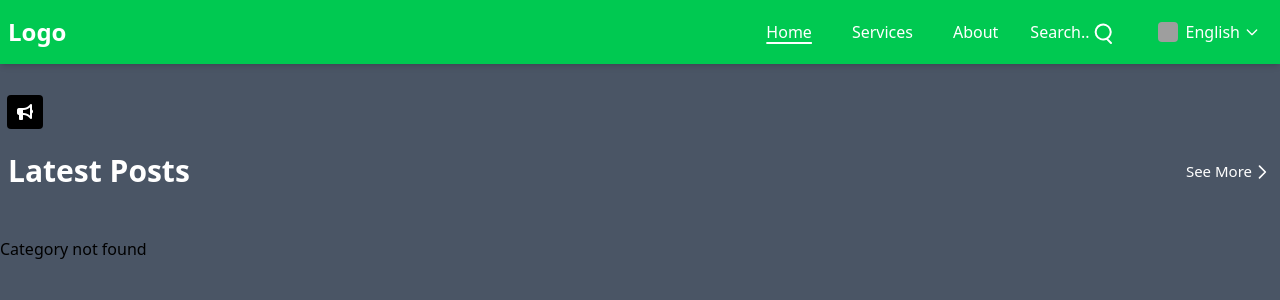
Repository: saroeuntola/we-share
Page: http://localhost/?lang=en
These files come from the project's save history. The page is drawn as it stood at one moment and after the next save; the edit follows.
The browser window is 1280 px wide. The pictures show the whole page.
Pictures or frames that could not be fetched are drawn as grey boxes. The page is run by PHP 8.4 with error messages shown; the project is at /var/www/html/. Style sheets and scripts are compiled from the project's sources, by tool versions that may differ from the author's. Queries for data that is not in the repository find no rows.

Above is the page before, as saved 2025-08-28 12:37:38.

### index.php
<!DOCTYPE html>
<html lang="en">

<head>
    <meta charset="UTF-8">
    <meta name="viewport" content="width=device-width, initial-scale=1.0">
    <title>Latest Posts</title>
    <link rel="stylesheet" href="./assets/css/output.css">
    <link rel="stylesheet" href="./assets/css/custom.css">
    <link rel="stylesheet" href="https://cdnjs.cloudflare.com/ajax/libs/font-awesome/6.0.0-beta3/css/all.min.css" />
    <script src="https://code.jquery.com/jquery-3.6.0.min.js"></script>
</head>

<body class="bg-gray-600">
    <header class="fixed z-10 w-full" id="header">
        <?php
        include 'head-bar.php'
        ?>
    </header>

    <main class="max-w-7xl m-auto mt-[95px]">
        <section class="mb-6">
            <?php
            include 'key-frame.php'
            ?>
        </section>

        <section>
            <?php
            include 'last-post-card.php'
            ?>

        </section>

        <section class="mt-6">
            <?php
            include 'programing-card.php'
            ?>
        </section>

        <section class="mt-6">
            <?php
            include 'web-dev-card.php'
            ?>
        </section>
    </main>


</body>

</html>

### key-frame.php
<style>
    /* Container */
    .container {
        width: 100%;
        overflow: hidden;
        margin: 0 auto;
        align-items: center;
        color: white;
    }

    /* Fixed icon on the left */
    .announcement-icon {
        background-color: brown;
        color: white;
        padding: 5px 10px;
        border-radius: 4px;
    }

    /* Announcement text */
    .announcement {
        font-family: Arial, sans-serif;
        font-size: 15px;
        display: inline-block;
        white-space: nowrap;
        animation: slideLeftToRight 20s linear infinite;
    }

    #main {
        display: flex;
        overflow: hidden;
        margin: 0 auto;
        align-items: center;
        max-width: 1212px;
        width: 100%;
        color: white;
    }

    /* Desktop animation */
    @keyframes slideLeftToRight {
        0% {
            transform: translateX(1210px);
        }

        100% {
            transform: translateX(-100%);
        }
    }

    /* Tablet */
    @media (max-width: 1024px) {
        #main {
            width: 95%;
        }

        .announcement {
            animation: slideLeftToRightTablet 18s linear infinite;
        }

        @keyframes slideLeftToRightTablet {
            0% {
                transform: translateX(768px);
            }

            100% {
                transform: translateX(-100%);
            }
        }
    }

    /* Mobile */
    @media (max-width: 480px) {
        #main {
            width: 92%;
        }

        .announcement {
            animation: slideLeftToRightMobile 15s linear infinite;
        }

        @keyframes slideLeftToRightMobile {
            0% {
                transform: translateX(400px);
            }

            100% {
                transform: translateX(-100%);
            }
        }
    }
</style>
<style>
    /* Container */
    .container {
        width: 100%;
        overflow: hidden;
        margin: 0 auto;
        align-items: center;
        color: white;
    }

    /* Fixed icon on the left */
    .announcement-icon {
        background-color: black;
        color: white;
        padding: 5px 10px;
        border-radius: 4px;
    }

    /* Announcement text */
    .announcement {
        font-family: Arial, sans-serif;
        font-size: 15px;
        display: inline-block;
        white-space: nowrap;
        animation: slideLeftToRight 20s linear infinite;

    }

    #main {
        display: flex;
        overflow: hidden;
        margin: 0 auto;
        align-items: center;
        max-width: 1280px;
        width: 100%;
      padding: 0px 7px;

    }

    /* Desktop animation */
    @keyframes slideLeftToRight {
        0% {
            transform: translateX(1280px);
        }

        100% {
            transform: translateX(-100%);
        }
    }

    /* Tablet */
    @media (max-width: 1024px) {

        .announcement {
            animation: slideLeftToRightTablet 18s linear infinite;
        }

        @keyframes slideLeftToRightTablet {
            0% {
                transform: translateX(768px);
            }

            100% {
                transform: translateX(-100%);
            }
        }
    }

    /* Mobile */
    @media (max-width: 480px) {

        .announcement {
            animation: slideLeftToRightMobile 15s linear infinite;
        }

        @keyframes slideLeftToRightMobile {
            0% {
                transform: translateX(400px);
            }

            100% {
                transform: translateX(-100%);
            }
        }
    }
</style>



<div id="main">
    <div class="announcement-icon"><i class="fas fa-bullhorn"></i></div>
    <div class="container">
        <!-- Sliding text -->
     <p class="announcement">Welcome</p>
    </div>
</div>

### last-post-card.php
<?php
include './admin/lib/db.php';
include './admin/lib/post_lib.php';
include './admin/lib/category_lib.php';
include './admin/lib/subcategory_lib.php';
$lang = isset($_GET['lang']) && in_array($_GET['lang'], ['en', 'kh']) ? $_GET['lang'] : 'en';

$postModel = new Post($lang);
$categoryModel = new Category($lang);
$subcategoryModel = new Subcategory($lang);

// Get latest 10 posts
$latestPosts = $postModel->getPosts();
usort($latestPosts, function ($a, $b) {
    return strtotime($b['created_at']) - strtotime($a['created_at']);
});
$displayPosts = array_slice($latestPosts, 0, 8);


?>

<style>
    .scroll-x {
        overflow-x: auto;
        white-space: nowrap;
        padding-bottom: 1rem;
    }

    p,
    h2 {
        color: white;
    }
</style>
<section class="px-2">

    <div class="flex justify-between items-center mb-6">
        <h1 class="text-xl lg:text-3xl md:text-2xl font-bold text-white <?= $lang === 'kh' ? 'khmer-font-nav' : '' ?>">Latest Posts</h1>
        <a href="last-post"
            class="inline-flex items-center justify-center text-center text-white hover:text-green-400 text-[15px] transition <?= $lang === 'kh' ? 'khmer-font' : '' ?> ">
            <?= $lang === 'en' ? 'See More' : 'មើលទាំងអស់' ?>
            <svg class="w-5 h-5 mt-[1px]" fill="none" stroke="currentColor" stroke-width="2"
                viewBox="0 0 24 24" xmlns="http://www.w3.org/2000/svg">
                <path stroke-linecap="round" stroke-linejoin="round" d="M9 5l7 7-7 7" />
            </svg>
        </a>
    </div>

    <!-- Desktop grid -->
    <div class="hidden md:grid md:grid-cols-3 lg:grid-cols-4 gap-2">
        <?php foreach ($displayPosts as $p): ?>
            <a href="detail.php?slug=<?= htmlspecialchars($p['slug']) ?>&lang=<?= $lang ?>">
                <div class="card bg-gray-800 rounded-lg shadow-md hover:shadow-lg overflow-hidden">
                    <?php if (!empty($p['image'])): ?>
                        <img src="./admin/posts/uploads/<?= htmlspecialchars($p['image']) ?>"
                            alt="<?= htmlspecialchars($p['name']) ?>"
                            class="w-full h-[90px] md:h-[130px] lg:h-[160px] object-cover rounded-none">
                    <?php endif; ?>
                    <div class="card-body px-4 py-2">
                        <h2 class="font-semibold text-lg mb-1"><?= htmlspecialchars($p['name']) ?></h2>

                    </div>
                </div>
            </a>

        <?php endforeach; ?>
    </div>

    <!-- Mobile horizontal scroll -->
    <div class="overflow-x-auto md:hidden py-2">
        <div class="flex space-x-2">
            <?php foreach ($displayPosts as $p): ?>
                <a href="detail.php?slug=<?= htmlspecialchars($p['slug']) ?>" class="flex-shrink-0">
                    <div
                        class="card bg-gray-800 rounded-lg shadow-md hover:shadow-lg overflow-hidden w-[167px] sm:w-[200px]">
                        <?php if (!empty($p['image'])): ?>
                            <img src="./admin/posts/uploads/<?= htmlspecialchars($p['image']) ?>"
                                alt="<?= htmlspecialchars($p['name']) ?>"
                                class="w-full h-[90px] sm:h-[120px] object-cover">
                        <?php endif; ?>
                        <div class="card-body px-2 py-1">
                            <h2 class="font-semibold text-sm break-words"><?= htmlspecialchars($p['name']) ?></h2>
                        </div>
                    </div>
                </a>
            <?php endforeach; ?>
        </div>
    </div>
</section>

### admin/lib/db.php

<?php

function dbConn()
{
   $servername = "localhost";
    $username = "root";
    $password = "";
    $db = "weshare";

    try {
        $conn = new PDO("mysql:host=$servername;dbname=$db", $username, $password);
        $conn->setAttribute(PDO::ATTR_ERRMODE, PDO::ERRMODE_EXCEPTION);
        return $conn;
    } catch (PDOException $e) {
        die("Connection failed: " . $e->getMessage());
    }
}

function dbClose(&$conn)
{
    $conn = null;
}

function dbSelect($table, $column = "*", $criteria = "", $clause = "")
{
    if (empty($table)) return false;

    $sql = "SELECT $column FROM $table";
    if (!empty($criteria)) $sql .= " WHERE $criteria";
    if (!empty($clause)) $sql .= " $clause";

    $conn = dbConn();
    try {
        $stmt = $conn->query($sql);
        $result = $stmt->fetchAll(PDO::FETCH_ASSOC);
        dbClose($conn);
        return $result;
    } catch (PDOException $e) {
        echo "Error in selecting data: " . $e->getMessage();
        return false;
    }
}

function dbInsert($table, $data = array())
{
    if (empty($table) || empty($data)) return false;

    $conn = dbConn();
    $fields = implode(", ", array_keys($data));
    $placeholders = ":" . implode(", :", array_keys($data));
    $sql = "INSERT INTO $table ($fields) VALUES ($placeholders)";

    try {
        $stmt = $conn->prepare($sql);
        $stmt->execute($data);
        dbClose($conn);
        return true;
    } catch (PDOException $e) {
        echo "Error inserting data: " . $e->getMessage();
        return false;
    }
}

function dbUpdate($table, $data = array(), $criteria = "")
{
    if (empty($table) || empty($data) || empty($criteria)) return false;

    $conn = dbConn();
    $setClause = "";
    foreach ($data as $key => $val) {
        $setClause .= "$key = :$key, ";
    }
    $setClause = rtrim($setClause, ", ");
    $sql = "UPDATE $table SET $setClause WHERE $criteria";

    try {
        $stmt = $conn->prepare($sql);
        $stmt->execute($data);
        dbClose($conn);
        return true;
    } catch (PDOException $e) {
        echo "Error updating data: " . $e->getMessage();
        return false;
    }
}

function dbDelete($table, $criteria)
{
    if (empty($table) || empty($criteria)) return false;

    $sql = "DELETE FROM $table WHERE $criteria";
    $conn = dbConn();

    try {
        $stmt = $conn->prepare($sql);
        $stmt->execute();
        dbClose($conn);
        return true;
    } catch (PDOException $e) {
        echo "Error deleting data: " . $e->getMessage();
        return false;
    }
}

function dbCount($table = "", $criteria = "")
{
    if (empty($table)) return false;

    $sql = "SELECT COUNT(*) as count FROM $table";
    if (!empty($criteria)) $sql .= " WHERE $criteria";

    $conn = dbConn();
    try {
        $stmt = $conn->query($sql);
        $result = $stmt->fetch(PDO::FETCH_ASSOC);
        dbClose($conn);
        return $result['count'];
    } catch (PDOException $e) {
        echo "Error counting data: " . $e->getMessage();
        return false;
    }
}

?>

### admin/lib/category_lib.php
<?php
class Category
{
    private $db;
    private $lang;

    public function __construct($lang = 'en')
    {
        $this->db = dbConn();
        $this->lang = in_array($lang, ['en', 'kh']) ? $lang : 'en';
    }

    private function generateSlug($string)
    {
        $slug = strtolower(trim($string));
        $slug = preg_replace('/[^a-z0-9\- ]/', '', $slug);
        $slug = preg_replace('/\s+/', '-', $slug);
        $slug = preg_replace('/-+/', '-', $slug);

        $baseSlug = $slug;
        $i = 1;
        while ($this->slugExists($slug)) {
            $slug = $baseSlug . '-' . $i;
            $i++;
        }
        return $slug;
    }

    private function slugExists($slug)
    {
        $stmt = $this->db->prepare("SELECT COUNT(*) FROM categories WHERE slug = :slug");
        $stmt->execute(['slug' => $slug]);
        return $stmt->fetchColumn() > 0;
    }

    public function createCategory($name_en, $name_kh = null)
    {
        $slug = $this->generateSlug($name_en);
        $stmt = $this->db->prepare("INSERT INTO categories (name, name_kh, slug) VALUES (:name, :name_kh, :slug)");
        return $stmt->execute([
            'name' => $name_en,
            'name_kh' => $name_kh,
            'slug' => $slug
        ]);
    }

    // GET all categories
    public function getCategories()
    {
        $sql = "SELECT *,
                CASE WHEN :lang = 'kh' THEN name_kh ELSE name END AS name
                FROM categories
                ORDER BY name ASC";
        $stmt = $this->db->prepare($sql);
        $stmt->bindValue(':lang', $this->lang, PDO::PARAM_STR);
        $stmt->execute();
        return $stmt->fetchAll(PDO::FETCH_ASSOC);
    }

    // GET category by ID or slug
    public function getCategory($identifier)
    {
        if (is_numeric($identifier)) {
            $sql = "SELECT *,
                    CASE WHEN :lang = 'kh' THEN name_kh ELSE name END AS name
                    FROM categories
                    WHERE id = :id
                    LIMIT 1";
            $stmt = $this->db->prepare($sql);
            $stmt->bindValue(':id', $identifier, PDO::PARAM_INT);
        } else {
            $sql = "SELECT *,
                    CASE WHEN :lang = 'kh' THEN name_kh ELSE name END AS name
                    FROM categories
                    WHERE slug = :slug
                    LIMIT 1";
            $stmt = $this->db->prepare($sql);
            $stmt->bindValue(':slug', $identifier, PDO::PARAM_STR);
        }
        $stmt->bindValue(':lang', $this->lang, PDO::PARAM_STR);
        $stmt->execute();
        return $stmt->fetch(PDO::FETCH_ASSOC);
    }

    public function updateCategory($id, $newName_en, $newName_kh = null, $newImage = null)
    {
        $slug = $this->generateSlug($newName_en);
        $stmt = $this->db->prepare("
            UPDATE categories SET
                name = :name_en,
                name_kh = :name_kh,
                slug = :slug,
                cat_image = :cat_image
            WHERE id = :id
        ");
        return $stmt->execute([
            'name_en' => $newName_en,
            'name_kh' => $newName_kh,
            'slug' => $slug,
            'cat_image' => $newImage,
            'id' => $id
        ]);
    }

    public function deleteCategory($id)
    {
        $stmt = $this->db->prepare("DELETE FROM categories WHERE id = :id");
        return $stmt->execute(['id' => $id]);
    }

    public function deleteCatBySlug($slug)
    {
        $stmt = $this->db->prepare("DELETE FROM categories WHERE slug = :slug");
        return $stmt->execute(['slug' => $slug]);
    }
}

### admin/lib/subcategory_lib.php
<?php
class Subcategory
{
    private $db;
    private $lang;

    public function __construct($lang = 'en')
    {
        $this->db = dbConn();
        $this->lang = in_array($lang, ['en', 'kh']) ? $lang : 'en';
    }

    // GET all subcategories
    public function getAllSubcategory($lang = 'en')
    {
        $lang = in_array($lang, ['en', 'kh']) ? $lang : 'en';

        $sql = "SELECT s.*,
                   CASE WHEN :lang = 'kh' THEN s.name_kh ELSE s.name END AS name,
                   c.name AS category_name
            FROM subcategories s
            INNER JOIN categories c ON s.category_id = c.id";

        $stmt = $this->db->prepare($sql);
        $stmt->bindValue(':lang', $lang, PDO::PARAM_STR);
        $stmt->execute();

        return $stmt->fetchAll(PDO::FETCH_ASSOC);
    }


    private function generateSlug($string)
    {
        $slug = strtolower(trim($string));
        $slug = preg_replace('/[^a-z0-9\- ]/', '', $slug);
        $slug = preg_replace('/\s+/', '-', $slug);
        $slug = preg_replace('/-+/', '-', $slug);

        $baseSlug = $slug;
        $i = 1;
        while ($this->slugExists($slug)) {
            $slug = $baseSlug . '-' . $i;
            $i++;
        }
        return $slug;
    }

    private function slugExists($slug)
    {
        $stmt = $this->db->prepare("SELECT COUNT(*) FROM subcategories WHERE slug = :slug");
        $stmt->execute(['slug' => $slug]);
        return $stmt->fetchColumn() > 0;
    }

    // CREATE subcategory
    public function createSubcategory($category_id, $name_en, $name_kh = null, $added_by = null)
    {
        $slug = $this->generateSlug($name_en);
        $stmt = $this->db->prepare("
            INSERT INTO subcategories (category_id, name, name_kh, slug, added_by)
            VALUES (:category_id, :name_en, :name_kh, :slug, :added_by)
        ");
        return $stmt->execute([
            'category_id' => $category_id,
            'name_en' => $name_en,
            'name_kh' => $name_kh,
            'slug' => $slug,
            'added_by' => $added_by
        ]);
    }

    // GET subcategories by category ID
    public function getSubcategoriesByCategory($category_id)
    {
        $sql = "SELECT *,
                CASE WHEN :lang = 'kh' THEN name_kh ELSE name END AS name
                FROM subcategories
                WHERE category_id = :category_id
                ORDER BY name ASC";
        $stmt = $this->db->prepare($sql);
        $stmt->bindValue(':category_id', $category_id, PDO::PARAM_INT);
        $stmt->bindValue(':lang', $this->lang, PDO::PARAM_STR);
        $stmt->execute();
        return $stmt->fetchAll(PDO::FETCH_ASSOC);
    }

    // GET subcategories by category slug
    public function getSubcategoriesByCategorySlug($category_slug)
    {
        $sql = "SELECT s.*,
                CASE WHEN :lang = 'kh' THEN s.name_kh ELSE s.name END AS name
                FROM subcategories s
                INNER JOIN categories c ON s.category_id = c.id
                WHERE c.slug = :slug
                ORDER BY s.name ASC";
        $stmt = $this->db->prepare($sql);
        $stmt->bindValue(':slug', $category_slug, PDO::PARAM_STR);
        $stmt->bindValue(':lang', $this->lang, PDO::PARAM_STR);
        $stmt->execute();
        return $stmt->fetchAll(PDO::FETCH_ASSOC);
    }

    // GET single subcategory by ID or slug
    public function getSubcategory($identifier)
    {
        if (is_numeric($identifier)) {
            $sql = "SELECT *,
                    CASE WHEN :lang = 'kh' THEN name_kh ELSE name END AS name
                    FROM subcategories
                    WHERE id = :id
                    LIMIT 1";
            $stmt = $this->db->prepare($sql);
            $stmt->bindValue(':id', $identifier, PDO::PARAM_INT);
        } else {
            $sql = "SELECT *,
                    CASE WHEN :lang = 'kh' THEN name_kh ELSE name END AS name
                    FROM subcategories
                    WHERE slug = :slug
                    LIMIT 1";
            $stmt = $this->db->prepare($sql);
            $stmt->bindValue(':slug', $identifier, PDO::PARAM_STR);
        }

        $stmt->bindValue(':lang', $this->lang, PDO::PARAM_STR);
        $stmt->execute();
        return $stmt->fetch(PDO::FETCH_ASSOC);
    }

    // UPDATE subcategory
    public function updateSubcategory($identifier, $newName_en = null, $newName_kh = null, $newCategoryId = null, $newAdded_by = null)
    {
        $sub = $this->getSubcategory($identifier);
        if (!$sub) return false;

        $slug = $newName_en ? $this->generateSlug($newName_en) : $sub['slug'];

        $sql = "UPDATE subcategories SET name = :name_en, name_kh = :name_kh, slug = :slug";
        $params = [
            'name_en' => $newName_en ?? $sub['name'],
            'name_kh' => $newName_kh ?? $sub['name_kh'],
            'slug' => $slug,
            'id' => $sub['id']
        ];

        if ($newCategoryId !== null) {
            $sql .= ", category_id = :category_id";
            $params['category_id'] = $newCategoryId;
        }

        if ($newAdded_by !== null) {
            $sql .= ", added_by = :added_by";
            $params['added_by'] = $newAdded_by;
        }

        $sql .= " WHERE id = :id";
        $stmt = $this->db->prepare($sql);
        return $stmt->execute($params);
    }

    // DELETE subcategory
    public function deleteSubcategory($identifier)
    {
        $sub = $this->getSubcategory($identifier);
        if (!$sub) return false;

        $stmt = $this->db->prepare("DELETE FROM subcategories WHERE id = :id");
        return $stmt->execute(['id' => $sub['id']]);
    }
}

### programing-card.php
<?php

$categoryModel = new Category();
$subcategoryModel = new Subcategory();
$postModel = new Post();

$categorySlug = "programming";

$programingCat = $categoryModel->getCategory($categorySlug);
if (!$programingCat) die("Category not found");

$subcategories = $subcategoryModel->getSubcategoriesByCategorySlug($categorySlug);

$filterSubSlug = $_GET['sub'] ?? null;

$limit = 8;
$posts = $filterSubSlug
    ? $postModel->getPostsByCategoryAndSubcategorySlug($categorySlug, $filterSubSlug, $limit)
    : $postModel->getPostsByCategorySlug($categorySlug, $limit);
?>

<section class="px-2">
    <div class="flex justify-between items-center mb-6">
        <h1 class="text-xl lg:text-3xl md:text-2xl font-bold text-white">Latest Posts</h1>
        <a href="programming"
            class="inline-flex items-center justify-center text-center text-white hover:text-green-400 text-[15px] transition ">
            See More
            <svg class="w-5 h-5 mt-[1px]" fill="none" stroke="currentColor" stroke-width="2"
                viewBox="0 0 24 24" xmlns="http://www.w3.org/2000/svg">
                <path stroke-linecap="round" stroke-linejoin="round" d="M9 5l7 7-7 7" />
            </svg>
        </a>
    </div>
    <!-- Desktop grid -->
    <div class="hidden md:grid md:grid-cols-3 lg:grid-cols-4 gap-2">
        <?php foreach ($posts as $p):
            $sub = $p['subcategory_id'] ? $subcategoryModel->getSubcategory($p['subcategory_id']) : null;
        ?>
            <a href="detail.php?slug=<?= htmlspecialchars($p['slug']) ?>">
                <div class="card bg-gray-800 rounded-lg shadow-md hover:shadow-lg overflow-hidden">
                    <?php if (!empty($p['image'])): ?>
                        <img src="./admin/posts/uploads/<?= htmlspecialchars($p['image']) ?>"
                            alt="<?= htmlspecialchars($p['name']) ?>"
                            class="w-full h-[90px] md:h-[130px] lg:h-[160px] object-cover rounded-none">
                    <?php endif; ?>
                    <div class="card-body px-4 py-2">
                        <h2 class="font-semibold text-lg mb-1"><?= htmlspecialchars($p['name']) ?></h2>

                    </div>
                </div>
            </a>

        <?php endforeach; ?>
    </div>

    <!-- Mobile horizontal scroll -->
    <div class="overflow-x-auto md:hidden py-2">
        <div class="flex space-x-2">
            <?php foreach ($posts as $p): ?>
                <a href="detail.php?slug=<?= htmlspecialchars($p['slug']) ?>" class="flex-shrink-0">
                    <div
                        class="card bg-gray-800 rounded-lg shadow-md hover:shadow-lg overflow-hidden w-[167px] sm:w-[200px]">
                        <?php if (!empty($p['image'])): ?>
                            <img src="./admin/posts/uploads/<?= htmlspecialchars($p['image']) ?>"
                                alt="<?= htmlspecialchars($p['name']) ?>"
                                class="w-full h-[90px] sm:h-[120px] object-cover">
                        <?php endif; ?>
                        <div class="card-body px-2 py-1">
                            <h2 class="font-semibold text-sm break-words"><?= htmlspecialchars($p['name']) ?></h2>
                        </div>
                    </div>
                </a>
            <?php endforeach; ?>
        </div>
    </div>
</section>

### assets/css/custom.css
#header {
  top: 0;
}

.khmer-font-nav{
    font-family: "Moul", serif;
    font-weight: 400;
    font-style: normal;
    font-size: 14px;
}

    .khmer-font {
        font-family: "Battambang", system-ui;
        font-weight: 100;
        font-style: normal;
        font-size: 13px;
    }

Loaded but not shown: assets/css/input.css (common file); head-bar.php (327 lines, source omitted); admin/lib/post_lib.php (256 lines, source omitted)

After the next save:
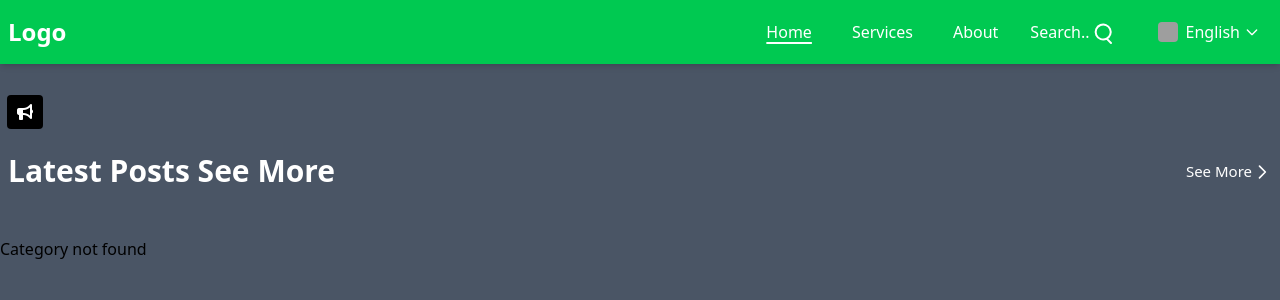
Saved 8 s later.
--- a/last-post-card.php
+++ b/last-post-card.php
@@ -34,7 +34,7 @@ $displayPosts = array_slice($latestPosts, 0, 8);
 <section class="px-2">
 
     <div class="flex justify-between items-center mb-6">
-        <h1 class="text-xl lg:text-3xl md:text-2xl font-bold text-white <?= $lang === 'kh' ? 'khmer-font-nav' : '' ?>">Latest Posts</h1>
+        <h1 class="text-xl lg:text-3xl md:text-2xl font-bold text-white <?= $lang === 'kh' ? 'khmer-font-nav' : '' ?>">Latest Posts <?= $lang === 'en' ? 'See More' : 'មើលទាំងអស់' ?></h1>
         <a href="last-post"
             class="inline-flex items-center justify-center text-center text-white hover:text-green-400 text-[15px] transition <?= $lang === 'kh' ? 'khmer-font' : '' ?> ">
             <?= $lang === 'en' ? 'See More' : 'មើលទាំងអស់' ?>
